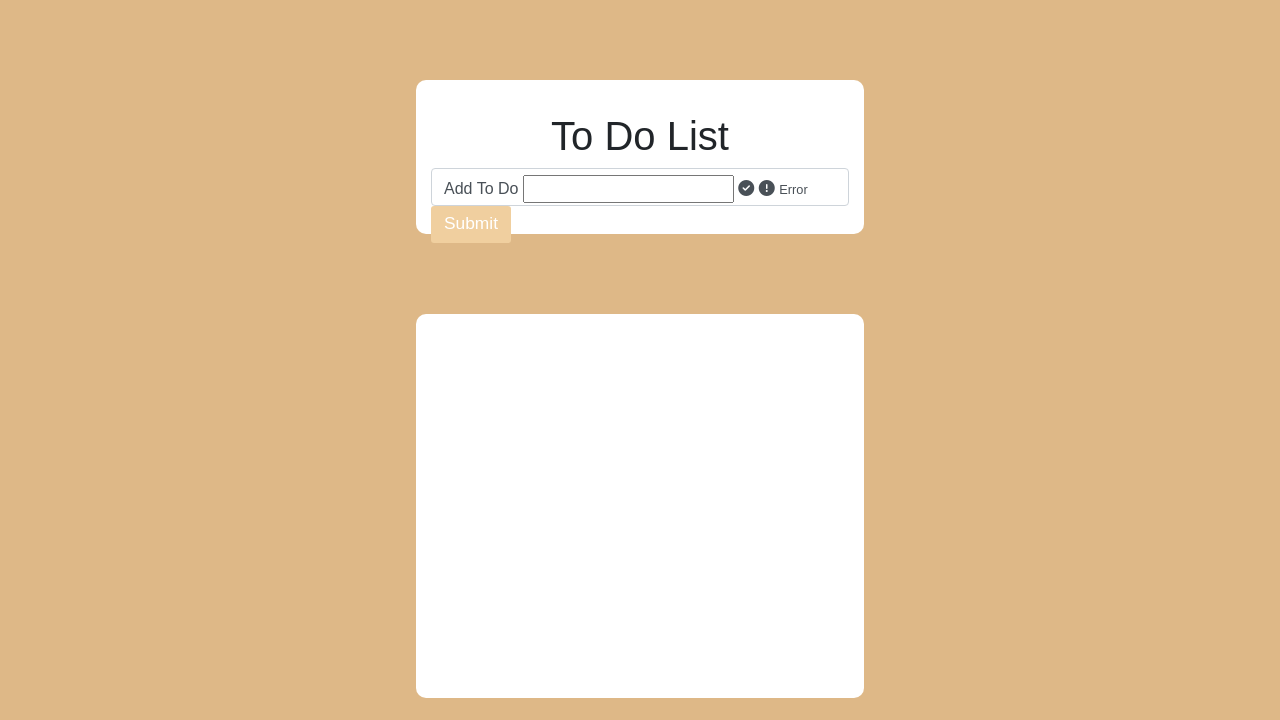
Repository: skepp4rn/todolist
Page: index.html
The author's editor kept a copy of each file at every save. The page is drawn from the files as they stood at one save, then again after the next save.
The browser window is 1280 px wide. The pictures show the whole page.
The page's requests for data from a server got no answer. Some web libraries are served in a nearby version.

Above is the page before, as saved 2021-01-28 11:46:30.

### index.html
<!DOCTYPE html>
<html lang="sv">
<head>
    <meta charset="UTF-8">
    <meta name="viewport" content="width=device-width, initial-scale=1.0">

    <script src="https://kit.fontawesome.com/ef4c0722a8.js" crossorigin="anonymous"></script>
    <link rel="stylesheet" href="https://cdn.jsdelivr.net/npm/bootstrap@4.5.3/dist/css/bootstrap.min.css" integrity="sha384-TX8t27EcRE3e/ihU7zmQxVncDAy5uIKz4rEkgIXeMed4M0jlfIDPvg6uqKI2xXr2" crossorigin="anonymous">
    <link rel="stylesheet" href="css/style.css">

    <title>To Do List</title>
</head>
<body>
    <div class="container">
        <div id="header">
            <h1>To Do List</h1>
        </div>

        <form class="form" id="form">
            <div class="form-control">
                <label>Add To Do</label>
                <input type="text" id="addToDo">
                <i class="fas fa-check-circle"></i>
                <i class="fas fa-exclamation-circle"></i>
                <small>Error message</small>
            </div>

            <button id="btn">Submit</button>
        </form>
    </div>

    <div class="container2">
        <div id="list"></div>
    </div>

    <script src="https://code.jquery.com/jquery-3.5.1.slim.min.js" integrity="sha384-DfXdz2htPH0lsSSs5nCTpuj/zy4C+OGpamoFVy38MVBnE+IbbVYUew+OrCXaRkfj" crossorigin="anonymous"></script>
    <script src="https://cdn.jsdelivr.net/npm/bootstrap@4.5.3/dist/js/bootstrap.bundle.min.js" integrity="sha384-ho+j7jyWK8fNQe+A12Hb8AhRq26LrZ/JpcUGGOn+Y7RsweNrtN/tE3MoK7ZeZDyx" crossorigin="anonymous"></script>
    <script src="https://cdnjs.cloudflare.com/ajax/libs/uuid/8.1.0/uuidv4.min.js"></script>
    <script src="script.js"></script>
</body>

### css/style.css
*{
    box-sizing: border-box;
    margin: 0;
    padding: 0;
}

body {
    background-color: burlywood;
    font-family: Arial, Helvetica, sans-serif;
    display: grid;
    justify-content: center;
}

.container {
    width: 35vw;
    display: grid;
    justify-content: center;
    background-color: #ffffff;
    border-radius: 10px;
    margin-top: 5rem;
    padding-bottom: 2rem;
    height: 12vw;
}

.container2 {
    width: 35vw;
    display: grid;
    justify-content: center;
    background-color: #ffffff;
    border-radius: 10px;
    margin-top: 5rem;
    padding-bottom: 2rem;
    height: 30vw;
    overflow-y: auto;
}

#header {
    margin-top: 2rem;
    text-align: center;
}

#btn {
    border: none;
    border-radius: 3px;
    padding: 0.2rem;
    background-color: #f0cf9f;
    color: #ffffff;
    font-size: 13pt;
    width: 5rem;
    height: 2.3rem;
    align-self: center;

}

.todobox {
    padding-top: 2rem;
    padding-bottom: 1rem;
    width: 32vw;
    display: grid;
    grid-template-columns: 5fr 1fr;
}

.knappar {
    display: grid;
    gap: 2rem;
}

.todoinput {
    display: flex;
    align-items: center;
}

.fa-trash {
    padding: 0.5rem;
    border: none;
    border-radius: 5px;
    color: #ffffff;
    background-color: red;
    width: 5rem;
}

.fa-undo {
    padding: 0.5rem;
    border: none;
    border-radius: 5px;
    color: #ffffff;
    background-color: #f0cf9f;
    width: 5rem;
}

.done {
    border: none;
    border-radius: 5px;
    padding: 0.5rem;
    background-color: #f0cf9f;
    color: #ffffff;
    font-family: inherit;
    font-size: 14pt;
    width: 5rem;
    height: 3rem;
}

### script.js
let ToDo = [];
let addToDos = document.getElementById('addToDo');
let form = document.getElementById('form');
let check = false;
let subbtn = document.getElementById('subbtn');
let list = document.querySelector('#list');
const fetchTodos = () => {
    fetch('https://jsonplaceholder.typicode.com/todos?_start20=&_limit=10')
    .then(res => res.json())
    .then(data => {
      ToDo = data;
      listelement(ToDo);
    })
}
fetchTodos();

const listelement = (ToDo) => {
    list.innerHTML = '';
    ToDo.forEach(todo => {
        list.innerHTML += newTodo(todo);
    })
    console.log(ToDo);
}

const newTodo = todo => {

    let template = todo.completed ? `
    <div id="${todo.id}" class="todoinput completed">
        <div class="todobox">
          <h3 class="title">${todo.title}</h3>
            <div class="knappar">
                <button class="fas fa-undo"></button>
                <button class="fas fa-trash"></button>
            </div>
        </div>
    </div>
    `
    : `
    <div id="${todo.id}" class="todoinput">
        <div class="todobox">
            <h3 class="title">${todo.title}</h3>
            <button class="done">Done</button>
        </div>
    </div>
    `
    return template
  }


  const createTodo = (title) => {

    fetch('https://jsonplaceholder.typicode.com/todos',{
      method: 'POST',
      headers: {
        'Content-type': 'application/json; charset=UTF-8'
      },
      body: JSON.stringify({
        title,
        completed: false
      })
    })
    .then(res => res.json())
    .then(data => {
        let _todo = {
            title: data.title,
            completed: data.completed,
            id: uuidv4()
        }
      console.log(data)
      ToDo.unshift(_todo);
      listelement(ToDo);
    })
}

form.addEventListener('submit', (e) => {
    e.preventDefault();

    checkInputs();

    if(check == true) {
        removeinput(addToDos);

        createTodo(addToDos.value)
        listelement(ToDo);

        addToDos.value = '';
    }
});

function checkInputs() {
    let addToDosValue = addToDos.value.trim();

    if(addToDosValue === ``) {
    setErrorFor(addToDos, `To Do cannot be blank`);

    } else {
        setSuccessFor(addToDos);
    }
}

function setErrorFor(input, message) {
    let formControl = input.parentElement;
    let small = formControl.querySelector('small');
    small.innerText = message;
    formControl.className = 'form-control error';
    check = false;
}

function setSuccessFor(input) {
    let formControl = input.parentElement;
    formControl.className = 'form-control success';
    check = true;
}

function removeinput(input) {
    let formControl = input.parentElement;
    formControl.className = 'form-control';
}

list.addEventListener('click', (e) => {
    if(e.target.classList.contains('done')) {
        complete(e.target.parentNode.parentNode.id)
    }
    else if(e.target.classList.contains('fa-undo')) {
        complete(e.target.parentNode.parentNode.parentNode.id)
    }
})

function complete(id) {
    ToDo.map(todo => {
        if(todo.id == id){
            todo.completed = !todo.completed
        }
        return todo
    })
    listelement(ToDo)
}

list.addEventListener('click', (e) => {

    if(e.target.classList.contains('fa-trash')) {
        ToDo = ToDo.filter(removetodo => removetodo.id != e.target.parentNode.parentNode.parentNode.id)
        listelement(ToDo)
    }
});

After the next save:
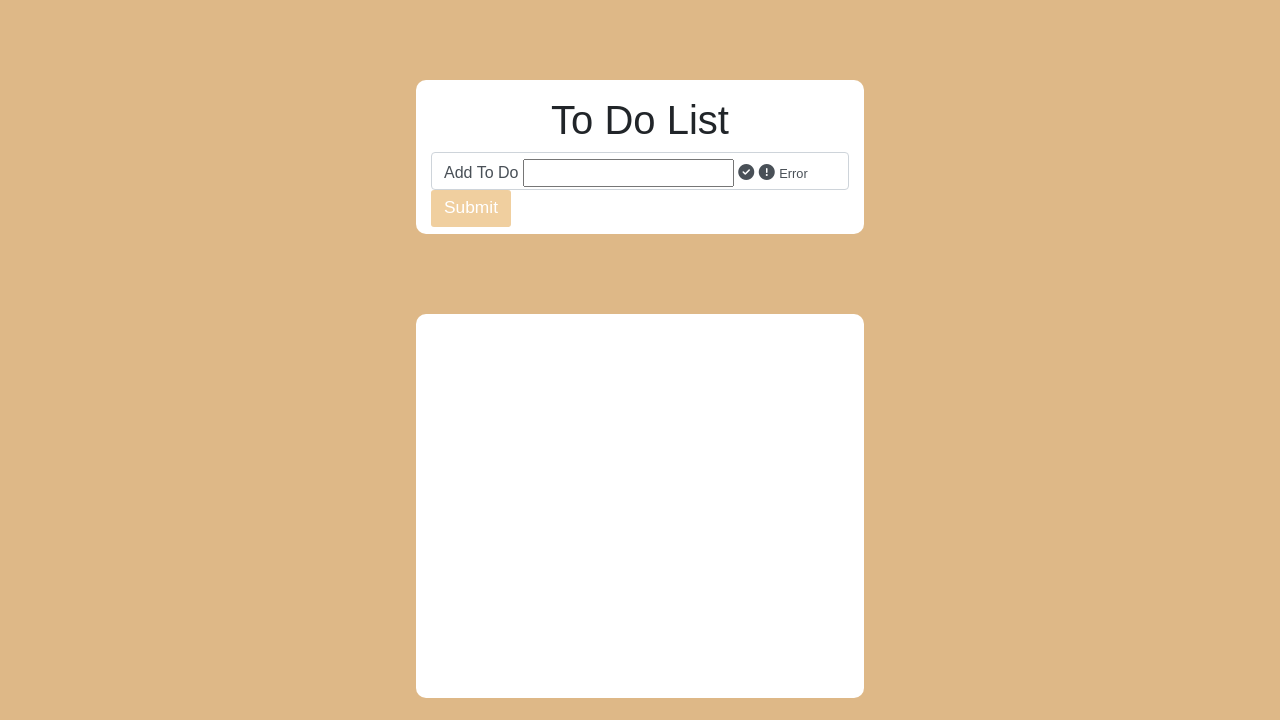
Saved 9 s later.
--- a/css/style.css
+++ b/css/style.css
@@ -35,7 +35,7 @@ body {
 }
 
 #header {
-    margin-top: 2rem;
+    margin-top: 1rem;
     text-align: center;
 }
 
